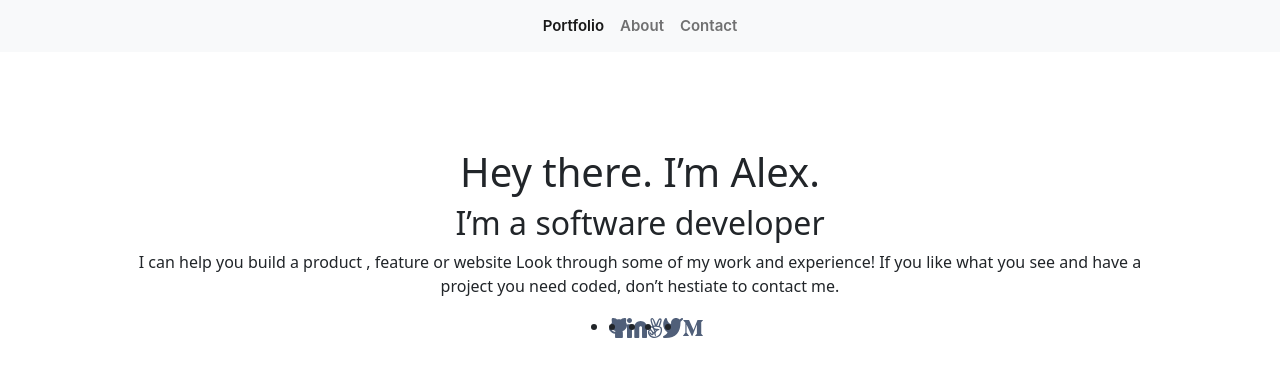
Repository: mustabbas/mustDico-Bootstrap
Page: index.html
The author's editor kept a copy of each file at every save. The page is drawn from the files as they stood at one save, then again after the next save.
The browser window is 1280 px wide. The pictures show the whole page.

Above is the page before, as saved 2021-08-25 20:48:08.

After the next save:
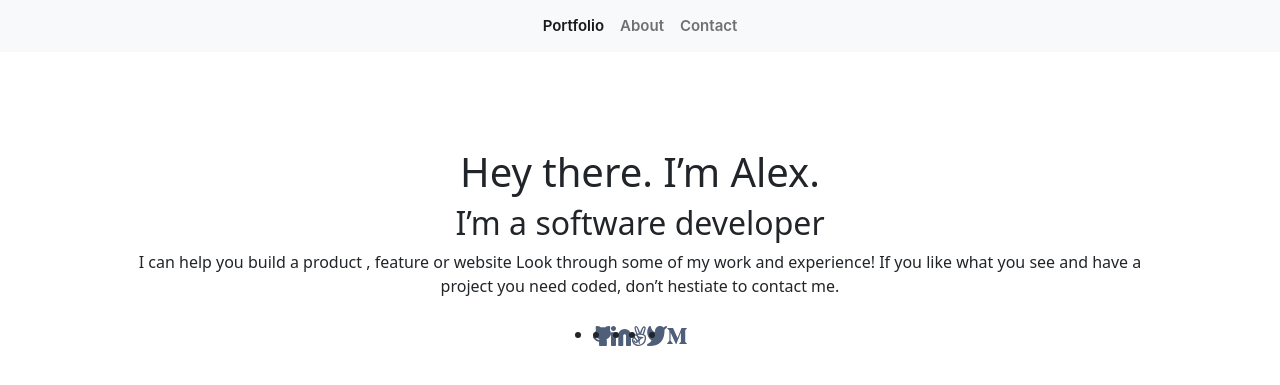
Saved 23 s later.
--- a/index.html
+++ b/index.html
@@ -35,7 +35,7 @@
             <h2 class="text-center">I’m a software developer</h2>
             <p class="text-center"> I can help you build a product , feature or website Look through some of my work and experience! If you like what you see and have a project you need coded,
                 don’t hestiate to contact me.</p>
-                <ul class="d-flex justify-content-center">
+                <ul class="d-flex justify-content-center p-2">
                     <li><img src="./img/github_dark.svg" alt="Vector-github" /></li>
                     <li><img src="./img/linkedin.svg" alt="Vecto-linkedin" /></li>
                     <li><img src="./img/angellist_dark.svg" alt="Vecto-angellist" /></li>
